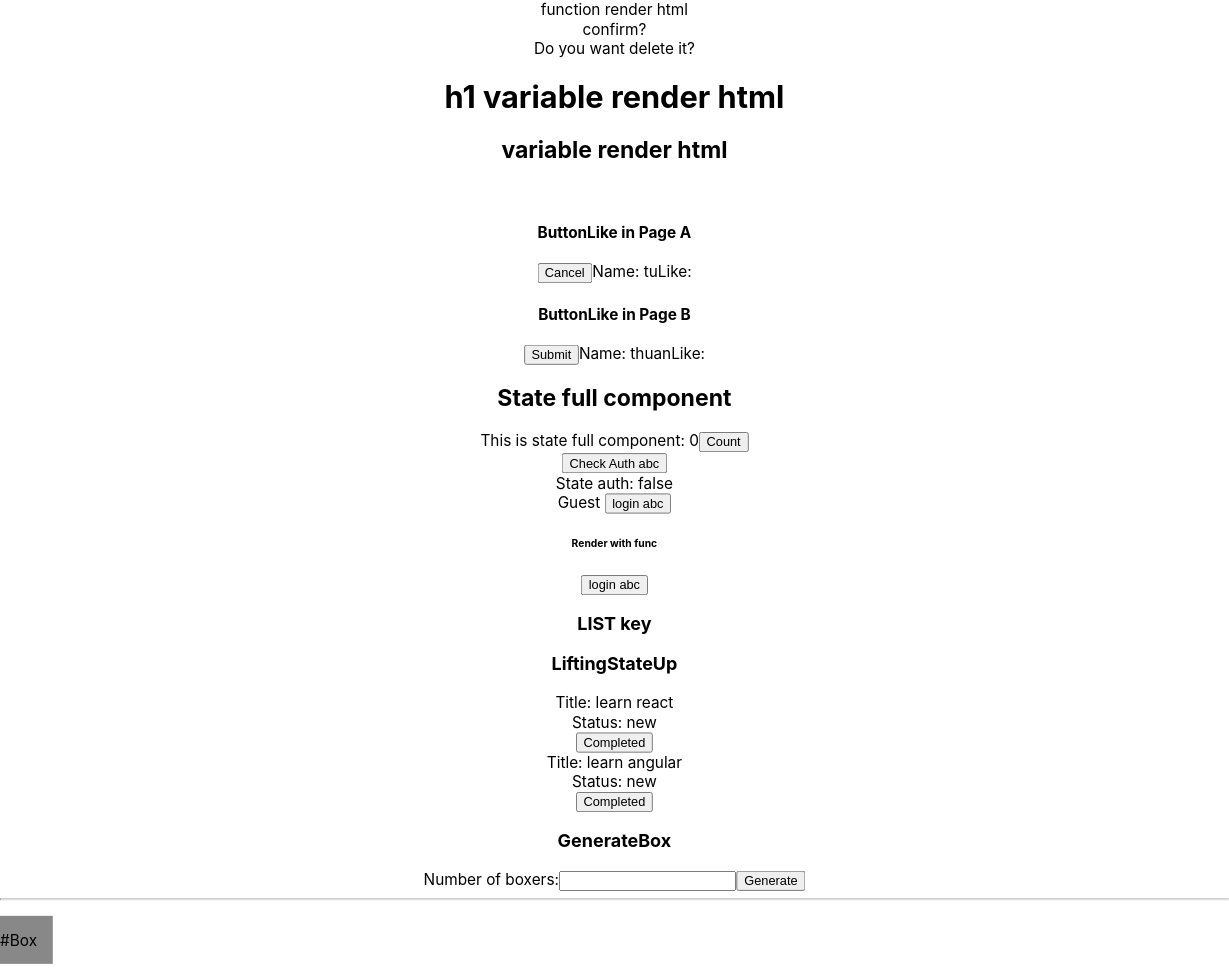
Repository: HoangTu18/reactjs-exercise
Page: /
An editor plug-in stored every save of this project. The page is shown before and after the next save, followed by the edit.
The browser window is 1280 px wide. The pictures show the whole page, at 96% of full size.
The project was rebuilt for these pictures with package versions that can differ from the ones it lists, and the page was loaded fresh each time. Also part of the build but not shown: src/pages/StateObject.jsx.

Above is the page before, as saved 2022-05-28 22:36:50.

### src/App.js
import "./App.css";
import ButtonLike from "./components/ButtonLike";
import TitleSimple from "./components/TitleSimple";
import StateFullComponent from "./components/StateFullComponent";
import StateObject from "./pages/StateObject";
import ConditionalRender from "./pages/conditionalRender";
import LiftingStateUp from "./exercise/LiftingStateUp";
import GenerateBox from "./exercise/GenerateBox";
function App() {
  const isLoading = true;
  // varible render html
  const ele1 = (
    <div>
      <h1>h1 variable render html</h1>
      <h2> variable render html</h2>
    </div>
  );
  return (
    <div className="App">
      <div>function render html</div>
      {isLoading ? <TitleSimple /> : "123"}
      {ele1}
      <br />
      <h4> ButtonLike in Page A</h4>
      <ButtonLike
        text="Cancel"
        type="button"
        className="buttonA"
        onClick={() => {
          console.log("buttonA");
        }}
        name="tu"
      />
      <h4> ButtonLike in Page B</h4>
      <ButtonLike
        type="submit"
        className="buttonB"
        onClick={() => {
          console.log("buttonB");
        }}
        name="thuan"
      />
      <h2>State full component</h2>
      <StateFullComponent />
      {/* <StateObject />
       */}
      <ConditionalRender />
      <h3>LiftingStateUp</h3>
      <LiftingStateUp />
      <h3>GenerateBox</h3>
      <GenerateBox />
    </div>
  );
}

export default App;

### src/components/ButtonLike.jsx
import React from "react";

ButtonLike.propTypes = {};

function ButtonLike({ text = "Submit", name, todoItem, like, ...props }) {
  return (
    <div>
      <button {...props}>{text}</button>
      Name: {name}
      {todoItem && (
        <div>
          <h6>Todo item</h6>
          Todo title: {todoItem?.title}
          Todo price: {todoItem?.price}
        </div>
      )}
      Like: {like}
      <br />
    </div>
  );
}

export default ButtonLike;

### src/components/TitleSimple.jsx
import React from "react";

TitleSimple.propTypes = {};

function TitleSimple(props) {
  return (
    <div>
      confirm? <br />
      Do you want delete it?
    </div>
  );
}

export default TitleSimple;

### src/components/StateFullComponent.jsx
import React from "react";

StateFullComponent.propTypes = {};

function StateFullComponent(props) {
  const [count, setCount] = React.useState(0);
  return (
    <div>
      This is state full component: {count}
      <button
        type="button"
        onClick={() => {
          setCount((prevState) => prevState + 1);
        }}
      >
        Count
      </button>
    </div>
  );
}

export default StateFullComponent;

### src/pages/conditionalRender.jsx
import React, { Fragment, useState } from "react";
import ButtonSimple from "../components/ButtonSimple";

function ConditionalRender() {
  const [todos, setTodos] = useState([
    {
      id: 1,
      title: "react",
    },
    {
      id: 2,
      title: "angular",
    },
  ]);
  const [isAuth, setIsAuth] = useState(false);
  let button = null;
  if (isAuth) {
    button = <ButtonSimple text="logout" />;
  } else {
    button = <ButtonSimple text="login" />;
  }

  function renderButtonLogin() {
    return <ButtonSimple text="login" />;
  }
  function renderButtonLogout() {
    return <ButtonSimple text="logout" />;
  }
  function renderButton() {
    return <div>{isAuth ? renderButtonLogout() : renderButtonLogin()}</div>;
  }

  function handleDeleteTodo(TodoId) {
    const todoIndex = todos.findIndex((todo) => todo.id === TodoId);
    const newTodo = [...todos];
    newTodo.splice(todoIndex, 1);
    console.log(TodoId);
  }

  return (
    <div>
      {/* {array.length > 0 &&
        array.map((item) => {
          return <div key={item}>This is item</div>;
        })} */}
      <ButtonSimple
        text="Check Auth"
        onClick={() => setIsAuth((prevState) => !prevState)}
      />
      <br />
      State auth: {isAuth.toString()}
      {isAuth ? <div>welcome to {button}</div> : <div>Guest {button}</div>}
      <h6>Render with func</h6>
      {isAuth ? renderButtonLogout() : renderButtonLogin()}
      <h3>LIST key</h3>
      {todos.length > 0 ? (
        <>
          {todos.map((todo) => {
            <Fragment key={todo.id}>
              Id: {todo.id} <br />
              title: {todo.title}
              <button type="button" onClick={() => handleDeleteTodo(todo.id)}>
                Delete
              </button>
            </Fragment>;
          })}
        </>
      ) : null}
    </div>
  );
}

export default ConditionalRender;

### src/exercise/LiftingStateUp.jsx
import React, { useState } from "react";
import TodoList from "../components/TodoList";

function LiftingStateUp() {
  const [todos, setTodos] = useState([
    {
      id: 1,
      title: "learn react",
      status: "new",
    },
    {
      id: 2,
      title: "learn angular",
      status: "new",
    },
  ]);
  function handleCompletedTodo(todoId) {
    console.log("handleCompletedTodo: ", todoId);
  }
  return (
    <div>
      <TodoList todos={todos} handleCompletedTodo={handleCompletedTodo} />
    </div>
  );
}

export default LiftingStateUp;

### src/exercise/GenerateBox.jsx
import React, { useState, useRef } from "react";
import GenerateBoxList from "../components/GenerateBox/GenerateBoxList";

function GenerateBox(props) {
  const input = useRef(null);
  let [count, setCount] = useState(0);
  let [boxs, setBoxs] = useState([1]);
  function handleGenerate() {
    let tempArr = [...boxs];
    let tempCount = count;
    for (let i = 1; i <= input.current.value; i++) {
      tempArr.push({ id: tempCount++ });
    }
    setBoxs(tempArr);
    setCount(tempCount);
  }
  return (
    <div>
      <div>
        Number of boxers:
        <input type="number" ref={input} />
        <button onClick={() => handleGenerate()}>Generate</button>
        <hr />
      </div>
      <GenerateBoxList boxs={boxs} />
    </div>
  );
}

export default GenerateBox;

### src/components/ButtonSimple.jsx
import React from "react";
import styles from "./buttonSimple.module.css";
function ButtonSimple({ text = "Submit", type = "button", ...props }) {
  return (
    <button type={type} className={styles.buttonSimple} {...props}>
      {text} abc
    </button>
  );
}

export default ButtonSimple;

### src/components/TodoList.jsx
import React from "react";
import TodoItem from "./TodoItem";

function TodoList({ todos, handleCompletedTodo }) {
  return (
    <div>
      {todos.map((todo) => (
        <TodoItem todo={todo} handleCompletedTodo={handleCompletedTodo} />
      ))}
    </div>
  );
}

export default TodoList;

### src/components/GenerateBox/GenerateBoxList.jsx
import React from "react";
import GenerateBoxItem from "./GenerateBoxItem";

function GenerateBoxList({ boxs, handleGenerate }) {
  return (
    <div>
      {boxs.map((boxs) => (
        <GenerateBoxItem boxs={boxs} />
      ))}
    </div>
  );
}

export default GenerateBoxList;

### src/components/TodoItem.jsx
import React from "react";

function TodoItem({ todo, handleCompletedTodo }) {
  console.log("todo item:", todo);
  return (
    <div>
      Title: {todo.title} <br />
      Status: {todo.status} <br />
      <button type="button" onClick={() => handleCompletedTodo(todo.id)}>
        Completed
      </button>
    </div>
  );
}

export default TodoItem;

### src/components/GenerateBox/GenerateBoxItem.jsx
import React from "react";

function GenerateBoxItem({ boxs, handleGenerate }) {
  return (
    <p
      style={{
        width: "55px",
        height: "50px",
        backgroundColor: "#888",
        display: "flex",
        alignItems: "center",
        flexDirection: "row",
        flexWrap: "wrap",
      }}
    >
      #Box {boxs.id}
    </p>
  );
}

export default GenerateBoxItem;

Loaded but not shown: public/index.html (common file); src/index.js (common file); src/index.css (common file); src/reportWebVitals.js (common file); src/App.css (common file); src/components/buttonSimple.module.css (no stored copy; drawn as an empty file)

After the next save:
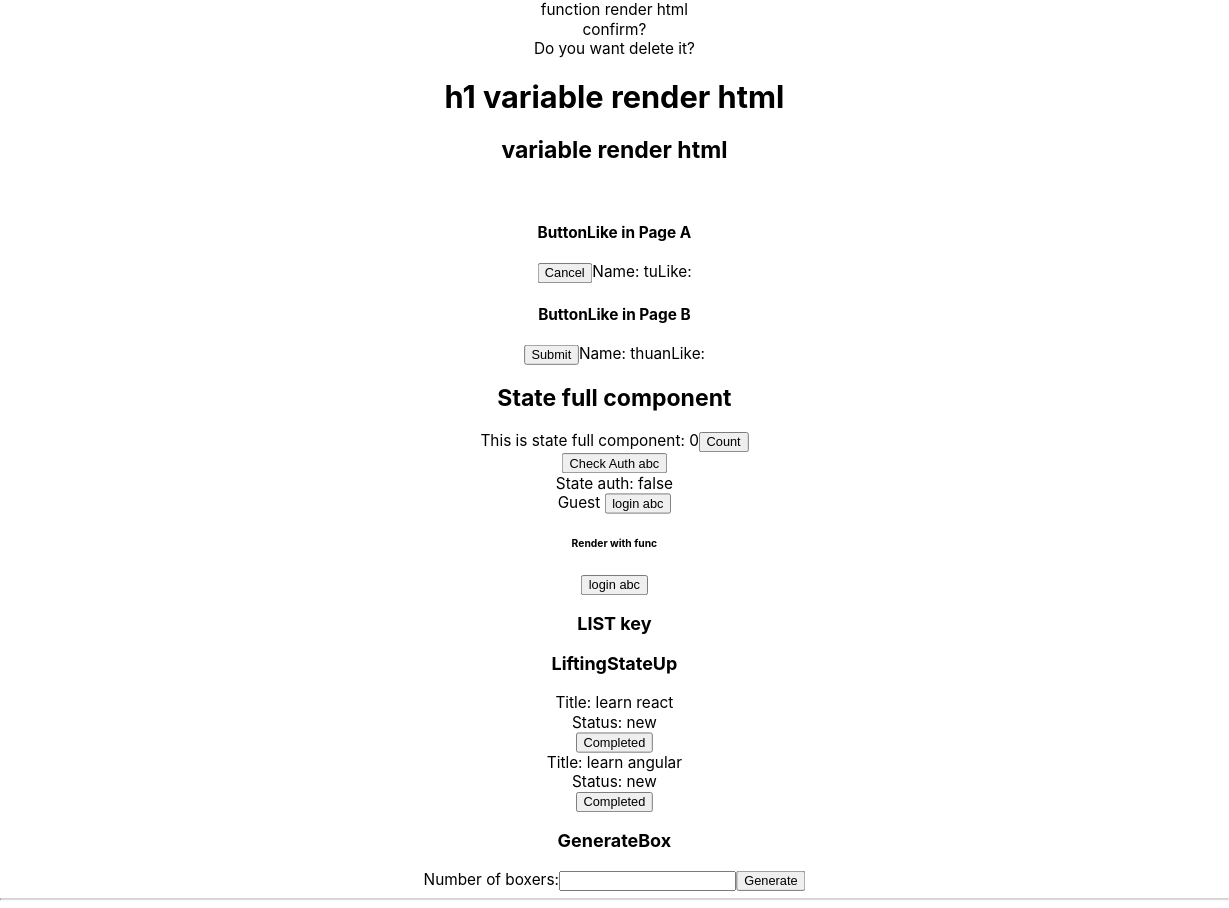
Saved 10 s later.
--- a/src/exercise/GenerateBox.jsx
+++ b/src/exercise/GenerateBox.jsx
@@ -4,7 +4,7 @@ import GenerateBoxList from "../components/GenerateBox/GenerateBoxList";
 function GenerateBox(props) {
   const input = useRef(null);
   let [count, setCount] = useState(0);
-  let [boxs, setBoxs] = useState([1]);
+  let [boxs, setBoxs] = useState([]);
   function handleGenerate() {
     let tempArr = [...boxs];
     let tempCount = count;
